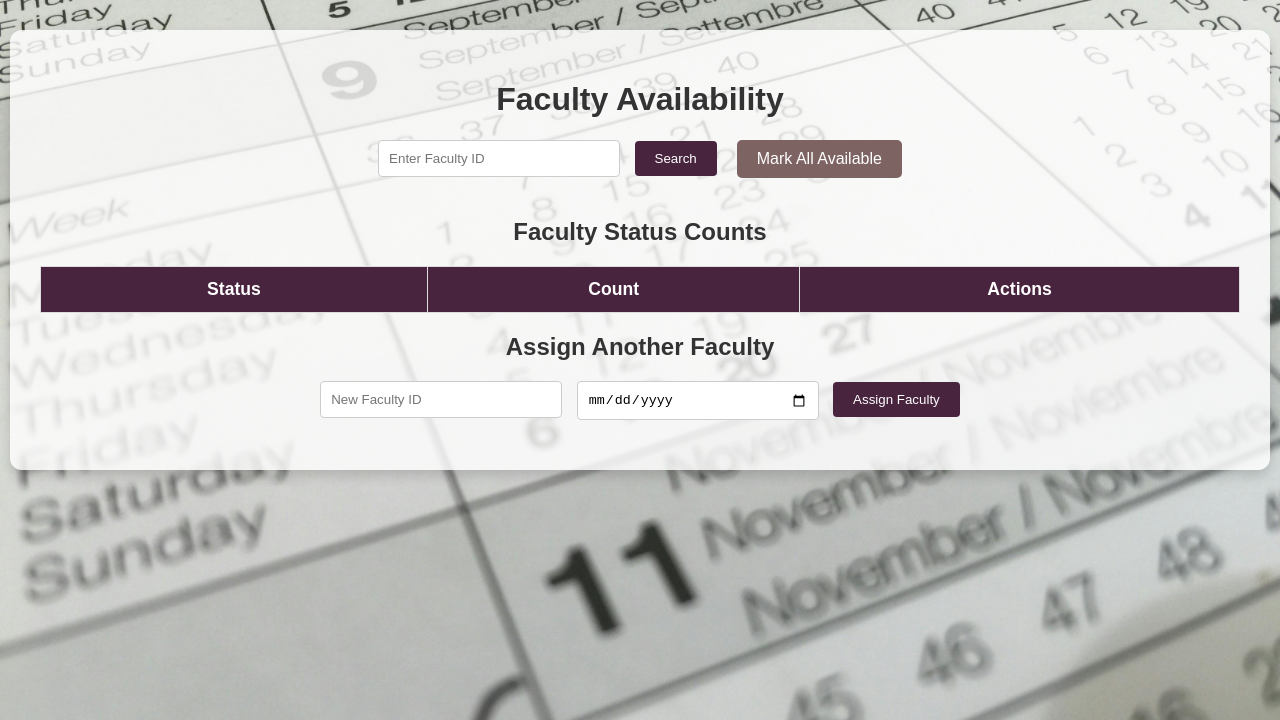
Repository: User-Krishna/Optimized-Exam-Duty-Allocation-With-Smart-Invigilation-Scheduler
Page: http://localhost/MiniProject/faculty-availability2.jsp
An editor plug-in stored every save of this project. The page is shown before and after the next save, followed by the edit.
The browser window is 1280 px wide. The pictures show the whole page.
The page is served by Tomcat 10. Other server files are loaded and not shown. Queries for data that is not in the repository find no rows.

Above is the page before, as saved 2024-11-16 04:47:31.

### MiniProject/src/main/webapp/faculty-availability2.jsp
<%@ page import="java.sql.*, com.gnit.DatabaseFile.DbConnection" %>
<%@ page import="com.itextpdf.text.*, com.itextpdf.text.pdf.*, java.io.FileOutputStream, java.io.IOException" %>

<!DOCTYPE html>
<html>
<head>
    <title>Faculty Availability</title>
    <link rel="stylesheet" type="text/css" href="CSS/faculty-availability.css">
    <style>
  body {
    font-family: Arial, sans-serif;
    margin: 0;
    padding: 0;
    background-color: #f4f4f4;
    background-image: url('images/4.jpg');
    background-size: cover;
    background-position: center;
    background-attachment: fixed;
}

.center-button {
    display: flex;
    justify-content: center;
    margin-top: 20px;
}

.center-button button {
    padding: 10px 20px;
    font-size: 16px;
    color: #fff;
    background-color: #7E6363; /* Blue background */
    border: none;
    border-radius: 5px;
    cursor: pointer;
    transition: background-color 0.3s ease;
}

.center-button button:hover {
    background-color: #3E3232; /* Darker blue on hover */
}

/* Container styling */
.container {
    max-width: 1200px;
    margin: 30px auto;
    background: rgba(255, 255, 255, 0.8);
    padding: 30px;
    border-radius: 12px;
    box-shadow: 0 6px 12px rgba(0, 0, 0, 0.15);
    overflow-x: auto;
}

/* Heading styling */
h1, h2 {
    color: #333;
    text-align: center;
}

/* Table styling */
table {
    width: 100%;
    border-collapse: collapse;
    margin-top: 20px;
    font-size: 1.1em; /* Increased text size */
}

th, td {
    padding: 12px;
    border: 1px solid #ddd;
    text-align: center;
    overflow: hidden;
    text-overflow: ellipsis;
    white-space: nowrap;
}

th {
    background-color: #49243E; /* Dark color for header */
    color: white;
}

td {
    transition: color 0.3s ease, font-size 0.3s ease; /* Smooth transition for hover effect */
}

/* Hover effect */
td:hover {
    color: #637E76; /* Dark color on hover */
    font-size: 1.2em; /* Increase text size on hover */
}

/* Form styling */
form {
    margin-bottom: 20px;
    text-align: center;
}

input[type="text"], input[type="date"], select {
    padding: 10px;
    width: 220px;
    margin-right: 10px;
    border-radius: 4px;
    border: 1px solid #ccc;
}

input[type="submit"] {
    padding: 10px 20px;
    background-color: #49243E;
    color: white;
    border: none;
    border-radius: 4px;
    cursor: pointer;
    transition: background-color 0.3s ease;
}

input[type="submit"]:hover {
    background-color: #331729; /* Darker shade on hover */
}

/* Conditional date styling */
.conditional-date {
    display: none;
    margin-top: 10px;
}

.conditional-date input[type="date"] {
    width: 240px;
}

/* Wrapper to hold both forms in a single line, aligned center */
.inline-forms-container {
    display: flex;  /* Use flexbox for horizontal alignment */
    justify-content: center;  /* Center-align both forms horizontally */
    align-items: center;  /* Vertically center the forms */
    gap: 20px;  /* Add some space between the forms */
    margin-top: 20px;
}

/* Button styling */
.styled-button {
    padding: 10px 20px;
    font-size: 16px;
    color: #fff;
    background-color: #7E6363; /* Button background */
    border: none;
    border-radius: 5px;
    cursor: pointer;
    transition: background-color 0.3s ease;
}

.styled-button:hover {
    background-color: #3E3232; /* Darker background on hover */
}



    </style>
</head>
<body>
    <div class="container">
        <h1>Faculty Availability</h1>
<!-- Wrapper to hold both forms in a single line -->
<div class="inline-forms-container">
    <!-- Search Faculty Form -->
    <form method="post" action="faculty-availability.jsp">
        <input type="text" name="facultyId" placeholder="Enter Faculty ID" required>
        <input type="submit" value="Search">
    </form>

    <!-- Button with the class 'styled-button' -->
    <form action="DbConnectionTest" method="post">
        <button type="submit" class="styled-button">Mark All Available</button>
    </form>
</div>


        <!-- Display Faculty Status Count -->
        <h2>Faculty Status Counts</h2>
        <%
            Connection conn = null;
            PreparedStatement stmt = null;
            ResultSet rs = null;
            try {
                conn = DbConnection.getConnection();

                // Query to count faculty status
                String countQuery = "SELECT status, COUNT(*) AS count FROM availability GROUP BY status";
                stmt = conn.prepareStatement(countQuery);
                rs = stmt.executeQuery();
        %>

        <table>
            <tr>
                <th>Status</th>
                <th>Count</th>
                <th>Actions</th>
            </tr>
            <%
                while (rs.next()) {
                    String status = rs.getString("status");
                    int count = rs.getInt("count");
            %>
            <tr>
                <td><%= status %></td>
                <td><%= count %></td>
                <td>
                    <!-- Button to Generate PDF for specific status -->
                    <form method="post" action="faculty-availability.jsp">
                        <input type="hidden" name="status" value="<%= status %>">
                        <input type="submit" value="Generate PDF">
                    </form>
                </td>
            </tr>
            <%
                }
            %>
        </table>

        <%
            } catch (SQLException e) {
                out.println("<p>Error fetching status counts: " + e.getMessage() + "</p>");
            } finally {
                try { if (rs != null) rs.close(); } catch (SQLException e) { e.printStackTrace(); }
                try { if (stmt != null) stmt.close(); } catch (SQLException e) { e.printStackTrace(); }
                try { if (conn != null) conn.close(); } catch (SQLException e) { e.printStackTrace(); }
            }
        %>

        <!-- Faculty Details Section -->
        <%
            String facultyId = request.getParameter("facultyId");
            if (facultyId != null && !facultyId.isEmpty()) {
                try {
                    conn = DbConnection.getConnection();

                    // Query to fetch faculty availability
                    String query = "SELECT a.id, f.name, f.department, a.available_date, a.status " +
                                   "FROM availability a JOIN faculty f ON a.faculty_id = f.id " +
                                   "WHERE a.faculty_id = ?";
                    stmt = conn.prepareStatement(query);
                    stmt.setString(1, facultyId);
                    rs = stmt.executeQuery();

                    if (rs.next()) {
                        String name = rs.getString("name");
                        String department = rs.getString("department");
                        String availableDate = rs.getString("available_date");
                        String status = rs.getString("status");
        %>

        <!-- Display Faculty Details -->
        <table>
            <tr>
                <th>Faculty ID</th>
                <th>Name</th>
                <th>Department</th>
                <th>Available Date</th>
                <th>Status</th>
                <th>Actions</th>
            </tr>
            <tr>
                <td><%= facultyId %></td>
                <td><%= name %></td>
                <td><%= department %></td>
                <td><%= availableDate %></td>
                <td><%= status %></td>
                <td>
                    <!-- Form to Update Availability -->
                    <form method="post" action="faculty-availability.jsp" class="update-form">
                        <input type="hidden" name="facultyId" value="<%= facultyId %>">
                        <select name="newStatus">
                            <option value="Available" <%= "Available".equals(status) ? "selected" : "" %>>Available</option>
                            <option value="On Leave" <%= "On Leave".equals(status) ? "selected" : "" %>>On Leave</option>
                            <option value="Busy" <%= "Busy".equals(status) ? "selected" : "" %>>Busy</option>
                        </select>
                        <input type="date" name="newAvailableDate" value="<%= availableDate %>" required>
                        <input type="submit" name="updateStatus" value="Update Status">
                    </form>
                </td>
            </tr>
        </table>

        <%
                    } else {
                        out.println("<p>No availability records found for Faculty ID: " + facultyId + "</p>");
                    }
                } catch (Exception e) {
                    out.println("<p>Error: " + e.getMessage() + "</p>");
                } finally {
                    try { if (rs != null) rs.close(); } catch (SQLException e) { e.printStackTrace(); }
                    try { if (stmt != null) stmt.close(); } catch (SQLException e) { e.printStackTrace(); }
                    try { if (conn != null) conn.close(); } catch (SQLException e) { e.printStackTrace(); }
                }
            }
        %>

        <!-- Form to Assign Another Faculty -->
        <h2>Assign Another Faculty</h2>
        <form method="post" action="faculty-availability.jsp">
            <input type="text" name="newFacultyId" placeholder="New Faculty ID" required>
            <input type="date" name="assignmentDate" required>
            <input type="submit" name="assignFaculty" value="Assign Faculty">
        </form>

        <%
            if ("POST".equalsIgnoreCase(request.getMethod())) {
                if (request.getParameter("updateStatus") != null) {
                    // Update the status
                    String newStatus = request.getParameter("newStatus");
                    String newAvailableDate = request.getParameter("newAvailableDate");
                    try {
                        conn = DbConnection.getConnection();

                        // Delete existing records for the faculty member
                        String deleteQuery = "DELETE FROM availability WHERE faculty_id = ?";
                        stmt = conn.prepareStatement(deleteQuery);
                        stmt.setString(1, facultyId);
                        stmt.executeUpdate();

                        // Insert new record
                        String insertQuery = "INSERT INTO availability (faculty_id, available_date, status) VALUES (?, ?, ?)";
                        stmt = conn.prepareStatement(insertQuery);
                        stmt.setString(1, facultyId);
                        stmt.setDate(2, java.sql.Date.valueOf(newAvailableDate)); // Corrected date format handling
                        stmt.setString(3, newStatus);
                        int rowsAffected = stmt.executeUpdate();

                        if (rowsAffected > 0) {
                            out.println("<p>Status updated successfully!</p>");
                        } else {
                            out.println("<p>No records updated. Please check the faculty ID.</p>");
                        }
                    } catch (SQLException e) {
                        out.println("<p>Error updating status: " + e.getMessage() + "</p>");
                    } finally {
                        try { if (stmt != null) stmt.close(); } catch (SQLException e) { e.printStackTrace(); }
                        try { if (conn != null) conn.close(); } catch (SQLException e) { e.printStackTrace(); }
                    }
                }

                if (request.getParameter("assignFaculty") != null) {
                    // Assign a new faculty
                    String newFacultyId = request.getParameter("newFacultyId");
                    String assignmentDate = request.getParameter("assignmentDate");
                    try {
                        conn = DbConnection.getConnection();

                        // Check if the new faculty exists
                        String checkQuery = "SELECT id FROM faculty WHERE id = ?";
                        stmt = conn.prepareStatement(checkQuery);
                        stmt.setString(1, newFacultyId);
                        rs = stmt.executeQuery();

                        if (rs.next()) {
                            // Faculty exists, proceed with assignment
                            String deleteQuery = "DELETE FROM availability WHERE faculty_id = ?";
                            stmt = conn.prepareStatement(deleteQuery);
                            stmt.setString(1, newFacultyId);
                            stmt.executeUpdate();

                            String assignQuery = "INSERT INTO availability (faculty_id, available_date, status) " +
                                                 "VALUES (?, ?, 'Available')"; // Default status is "Available"
                            stmt = conn.prepareStatement(assignQuery);
                            stmt.setString(1, newFacultyId);
                            stmt.setDate(2, java.sql.Date.valueOf(assignmentDate)); // Corrected date format handling
                            stmt.executeUpdate();

                            out.println("<p>New faculty assigned successfully!</p>");
                        } else {
                            out.println("<p>Error: Faculty ID does not exist.</p>");
                        }
                    } catch (SQLException e) {
                        out.println("<p>Error assigning new faculty: " + e.getMessage() + "</p>");
                    } finally {
                        try { if (rs != null) rs.close(); } catch (SQLException e) { e.printStackTrace(); }
                        try { if (stmt != null) stmt.close(); } catch (SQLException e) { e.printStackTrace(); }
                        try { if (conn != null) conn.close(); } catch (SQLException e) { e.printStackTrace(); }
                    }
                }

                if (request.getParameter("status") != null) {
                    // Generate PDF based on status
                    String statusToFetch = request.getParameter("status");
                    String statusMessage = "";

                    if ("Available".equals(statusToFetch)) {
                        statusMessage = "List of available faculty";
                    } else if ("Busy".equals(statusToFetch)) {
                        statusMessage = "List of busy faculty";
                    } else if ("On Leave".equals(statusToFetch)) {
                        statusMessage = "List of faculty on leave";
                    }

                    try {
                        conn = DbConnection.getConnection();
                        String pdfQuery = "SELECT f.id, f.name, f.department " +
                                          "FROM availability a JOIN faculty f ON a.faculty_id = f.id " +
                                          "WHERE a.status = ?";
                        stmt = conn.prepareStatement(pdfQuery);
                        stmt.setString(1, statusToFetch);
                        rs = stmt.executeQuery();

                        // Create PDF
                        response.setContentType("application/pdf");
                        response.setHeader("Content-Disposition", "attachment;filename=Faculty_Details_" + statusToFetch + ".pdf");
                        Document document = new Document();
                        PdfWriter.getInstance(document, response.getOutputStream());
                        document.open();

                        Font redFont = new Font(Font.FontFamily.HELVETICA, 12, Font.BOLD, BaseColor.RED);
                        Font blackFont = new Font(Font.FontFamily.HELVETICA, 12, Font.NORMAL, BaseColor.BLACK);

                        Paragraph header = new Paragraph(statusMessage, blackFont);
                        header.setAlignment(Element.ALIGN_CENTER);
                        header.setSpacingAfter(20); // Add space between title and table
                        document.add(header);

                        PdfPTable table = new PdfPTable(3);
                        table.setWidthPercentage(100);

                        table.addCell(new Phrase("Faculty ID", redFont));
                        table.addCell(new Phrase("Name", redFont));
                        table.addCell(new Phrase("Department", redFont));

                        while (rs.next()) {
                            table.addCell(new Phrase(rs.getString("id"), blackFont));
                            table.addCell(new Phrase(rs.getString("name"), blackFont));
                            table.addCell(new Phrase(rs.getString("department"), blackFont));
                        }

                        document.add(table);
                        document.close();
                    } catch (Exception e) {
                        out.println("<p>Error generating PDF: " + e.getMessage() + "</p>");
                    } finally {
                        try { if (rs != null) rs.close(); } catch (SQLException e) { e.printStackTrace(); }
                        try { if (stmt != null) stmt.close(); } catch (SQLException e) { e.printStackTrace(); }
                        try { if (conn != null) conn.close(); } catch (SQLException e) { e.printStackTrace(); }
                    }
                }
            }
        %>

        <!-- Back to Dashboard Button
        <div class="center-button">
            <a href="landing.html"><button>Back to Dashboard</button></a>
        </div>
        -->
    </div>
</body>
</html>

### MiniProject/src/main/java/com/gnit/DatabaseFile/DbConnection.java
package com.gnit.DatabaseFile;

import java.sql.Connection;
import java.sql.DriverManager;
import java.sql.SQLException;

public class DbConnection{

    // Database credentials
    private static final String DB_URL = "jdbc:mysql://localhost:3306/faculty_management";
    private static final String USER = "root";
    private static final String PASS = "MOMS ANDS DADS1212";

    public static Connection getConnection() throws SQLException, ClassNotFoundException {
        Connection conn = null;
        try {
            // Load JDBC driver
            Class.forName("com.mysql.cj.jdbc.Driver");

            // Establish connection
            conn = DriverManager.getConnection(DB_URL, USER, PASS);

        } catch (ClassNotFoundException e) {
            e.printStackTrace();
            throw new ClassNotFoundException("JDBC Driver not found", e);
        } catch (SQLException e) {
            e.printStackTrace();
            throw new SQLException("Error establishing database connection", e);
        }
        return conn;
    }
}

Loaded but not shown: MiniProject/MiniProject/CSS/faculty-availability.css (no stored copy; drawn as an empty file)

After the next save:
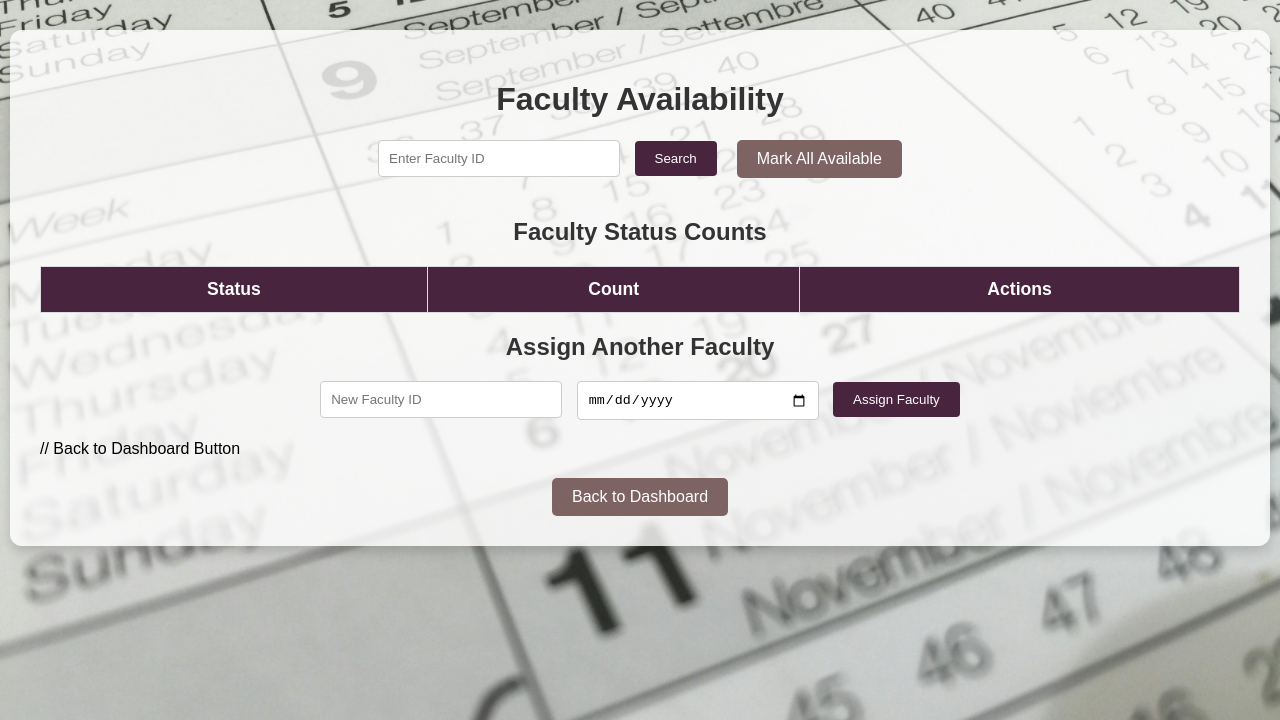
Saved 17 s later.
--- a/MiniProject/src/main/webapp/faculty-availability2.jsp
+++ b/MiniProject/src/main/webapp/faculty-availability2.jsp
@@ -440,11 +440,11 @@
             }
         %>
 
-        <!-- Back to Dashboard Button
+        // Back to Dashboard Button
         <div class="center-button">
             <a href="landing.html"><button>Back to Dashboard</button></a>
         </div>
-        -->
+
     </div>
 </body>
 </html>
